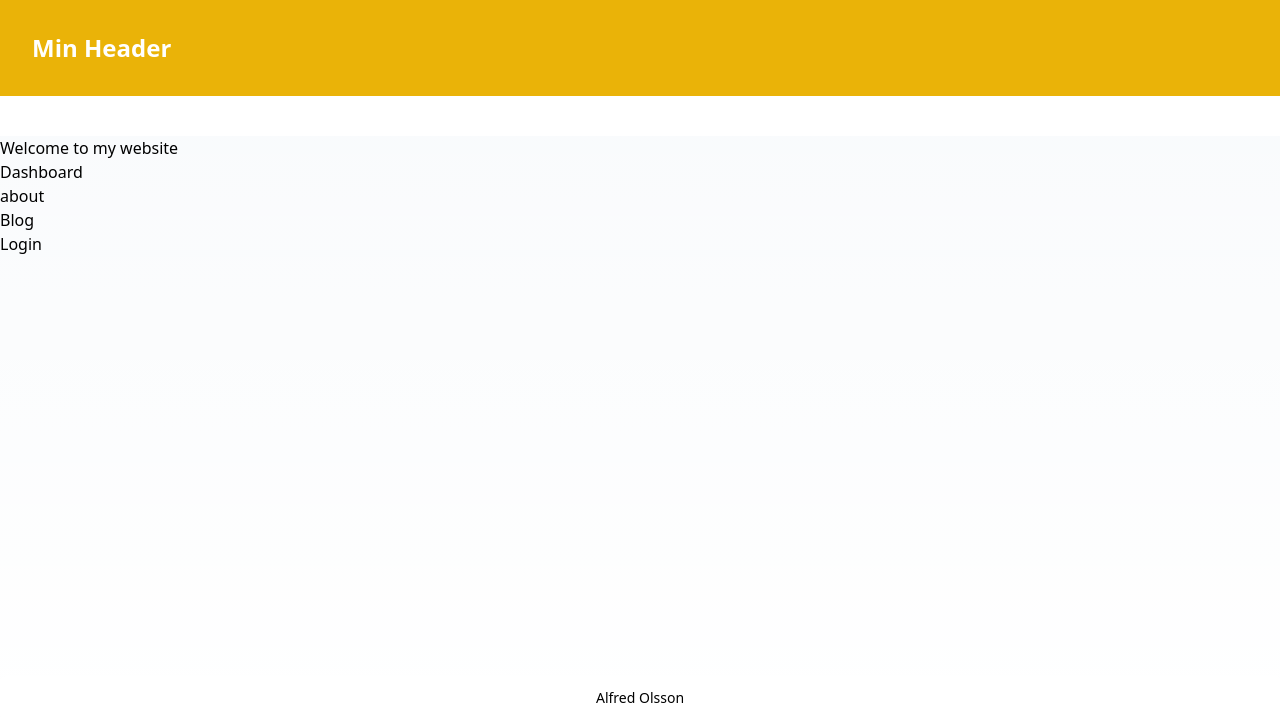
Repository: AlligatorAffe/NextWebsite
Page: /
These files come from the project's save history. The page is drawn as it stood at one moment and after a run of saves; the edit follows.
The browser window is 1280 px wide. The pictures show the whole page.
The project was rebuilt for these pictures with package versions that can differ from the ones it lists, and the page was loaded fresh each time. The framework's server and built-in components were replaced by stand-ins that run in the browser. Also part of the build but not shown: next.config.js.

Above is the page before, as saved 2024-01-04 21:37:25.

### app/layout.tsx
import './globals.css'
import { Metadata } from 'next'





export const metadata: Metadata = {
  title: 'My webbpage',
  description: 'Welcome to Next.js',
}

/**
 *
 *
 *
 *
 *
 *

const inter = Inter({ subsets: ['latin'] })

export const metadata: Metadata = {
  title: 'Create Next App',
  description: 'Generated by create next app',
}

export default function RootLayout({
  children,
}: {
  children: React.ReactNode
}) {
  return (
    <html lang="en">
      <body>{children}</body>
    </html>
  )
}

 */

export default function RootLayout({
  // Layouts must accept a children prop.
  // This will be populated with nested layouts or pages
  children,
}: {
  children: React.ReactNode
}) {
  return (
    <html lang="en">
      <body className="flex flex-col min-h-screen bg-slate-50 text-black">
        <div className="flex-grow">
          <header className="bg-yellow-500 p-8">
            <h1 className="text-2xl font-bold text-white">Min Header</h1>
          </header>

          <nav className="bg-white p-5"></nav>
          {children}
        </div>
        <footer className="bg-white rounded-md p-3">
          <h3 className="text-black text-center text-sm font-medium">Alfred Olsson</h3>
        </footer>
      </body>
    </html>

  )
}

### app/template.tsx



export default function Template({ children }: { children: React.ReactNode }) {
    return <div>{children}</div>
  }

### app/page.tsx
import Image from 'next/image'
import { Metadata } from 'next'
import Link from 'next/link'

/*
export default function Page() {
  return <div >
      <h1 >
        Welcome to my website
      </h1>
    </div>

}
*/


export const metadata: Metadata = {
  title: 'My Page Title',
}

export default function Page() {
  return <div >
  <h1 >
    Welcome to my website
  </h1>
  <p>   <Link href="/dashboard">Dashboard</Link></p>
  <p>   <Link href="/about">about</Link></p>
  <p>   <Link href="/blogpost">Blog</Link></p>
  <p>   <Link href="/login">Login</Link></p>
</div>
}

Loaded but not shown: app/globals.css (common file); tailwind.config.ts (common file)

After the next 2 saves:
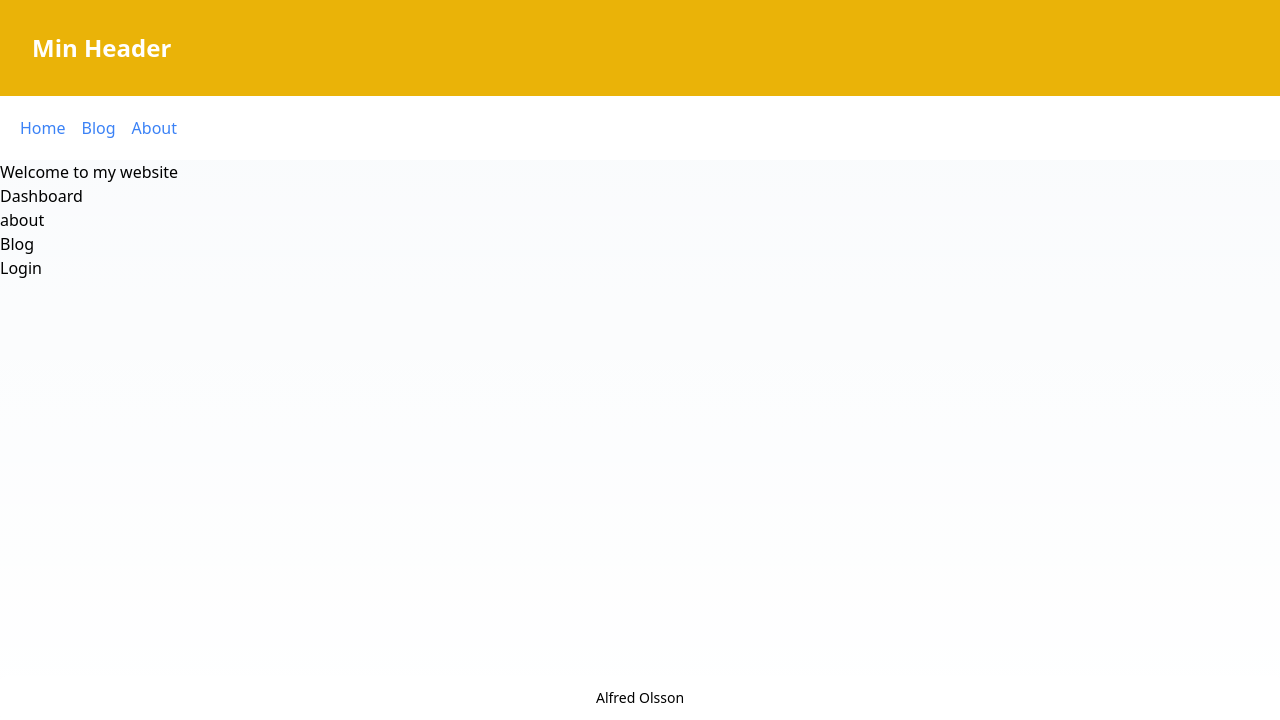
The 2 saves are shown as one change because 1 did not build or start.
The last was saved 9 min 52 s later.
--- a/app/layout.tsx
+++ b/app/layout.tsx
@@ -1,6 +1,6 @@
 import './globals.css'
 import { Metadata } from 'next'
-
+import Link from 'next/link'
 
 
 
@@ -43,9 +43,15 @@ export default function RootLayout({
   // Layouts must accept a children prop.
   // This will be populated with nested layouts or pages
   children,
+
 }: {
   children: React.ReactNode
 }) {
+  const navLinks = [
+    { href: '/', label: 'Home' },
+    { href: '/blogpost', label: 'Blog' },
+    { href: '/about', label: 'About' },
+  ];
   return (
     <html lang="en">
       <body className="flex flex-col min-h-screen bg-slate-50 text-black">
@@ -54,7 +60,17 @@ export default function RootLayout({
             <h1 className="text-2xl font-bold text-white">Min Header</h1>
           </header>
 
-          <nav className="bg-white p-5"></nav>
+          <nav className="bg-white p-5">
+            <ul className="flex space-x-4">
+              {navLinks.map((link, index) => (
+                <li key={index}>
+                  <Link href={link.href}>
+                    <a className="text-blue-500 hover:underline">{link.label}</a>
+                  </Link>
+                </li>
+              ))}
+            </ul>
+          </nav>
           {children}
         </div>
         <footer className="bg-white rounded-md p-3">
